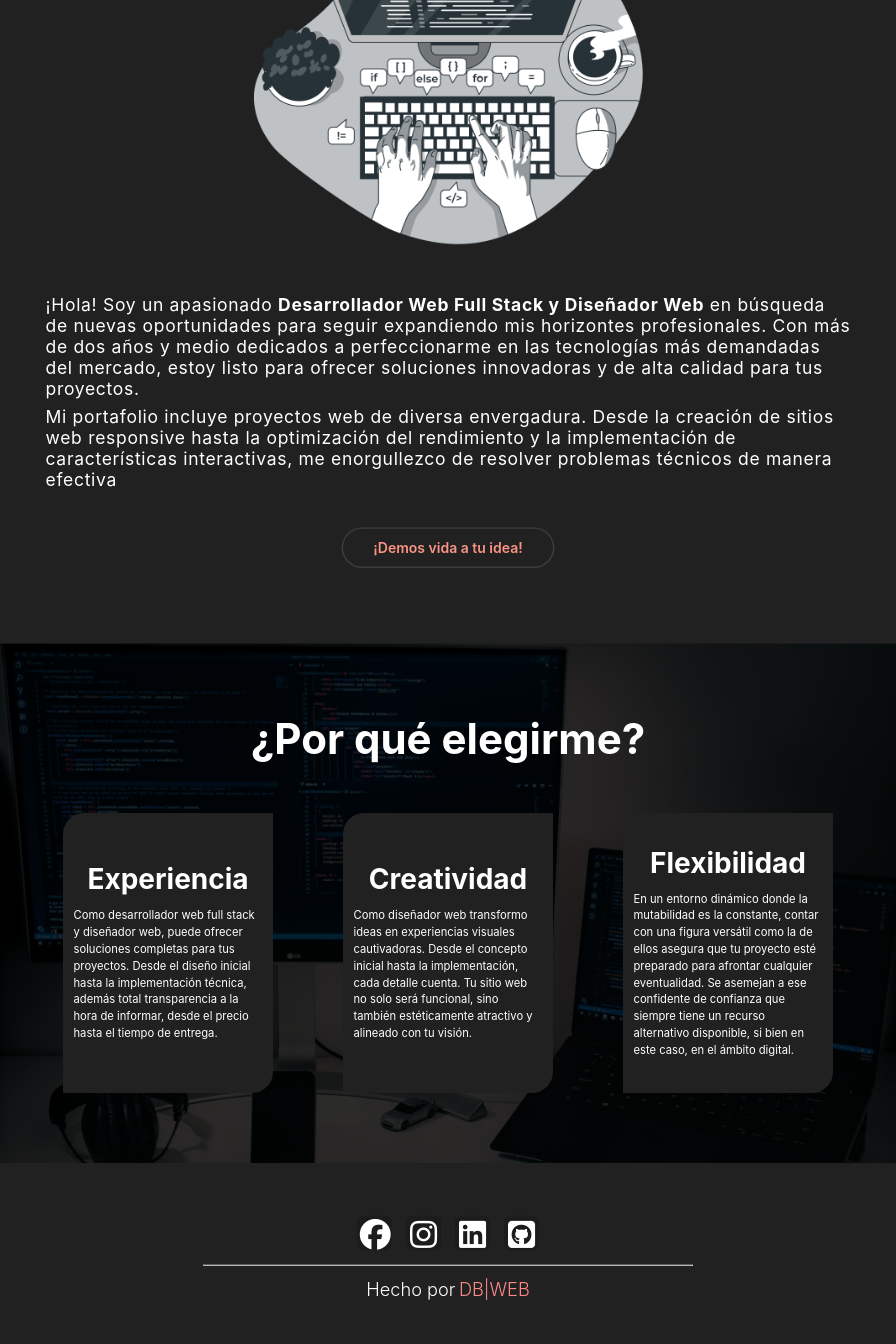
Repository: DamianBermudez94/DB-Porfolio
Page: /
These files come from the project's save history. The page is drawn as it stood at one moment and after a run of saves; the edit follows.
The browser window is 1280 px wide. The pictures show the part of the page from y = 1199 to 3119 px (the page is 3119 px tall before and 3079 px after), at 70% of full size.
Backgrounds fixed to the window are drawn as part of the page. Some web libraries are served in a nearby version. The project was rebuilt for these pictures with package versions that can differ from the ones it lists, and the page was loaded fresh each time. Also part of the build but not shown: vite.config.js, src/components/Servicios/styles.css, src/components/Servicios/Service.jsx, src/pages/Servicios.jsx, src/components/Conocimientos/styles.css, src/components/Conocimientos/Conocimientos.jsx, src/pages/AcerdaDe.jsx, src/components/Contacto/styles.css and 7 more.

Above is the page before, as saved 2024-04-01 21:36:17.

After the next 3 saves:
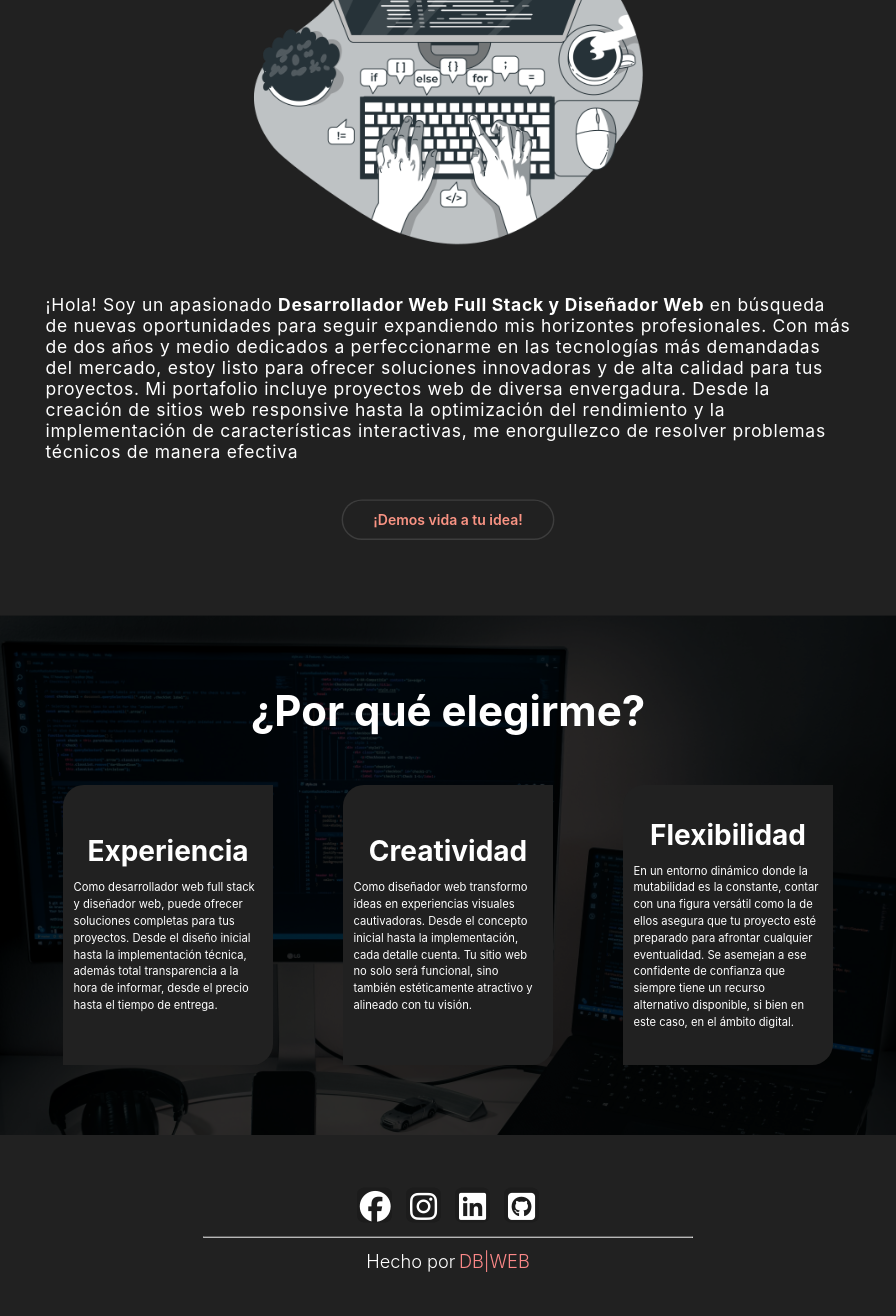
The 3 saves are shown as one change because they came seconds apart.
The last was saved 38 s later.
--- a/src/components/Home/Home.jsx
+++ b/src/components/Home/Home.jsx
@@ -89,14 +89,11 @@ export const Home = () => {
             horizontes profesionales. Con más de dos años y medio dedicados a
             perfeccionarme en las tecnologías más demandadas del mercado, estoy
             listo para ofrecer soluciones innovadoras y de alta calidad para tus
-            proyectos.
-          </p>
-
-          <p>
-            Mi portafolio incluye proyectos web de diversa envergadura. Desde la
-            creación de sitios web responsive hasta la optimización del
-            rendimiento y la implementación de características interactivas, me
-            enorgullezco de resolver problemas técnicos de manera efectiva
+            proyectos. Mi portafolio incluye proyectos web de diversa
+            envergadura. Desde la creación de sitios web responsive hasta la
+            optimización del rendimiento y la implementación de características
+            interactivas, me enorgullezco de resolver problemas técnicos de
+            manera efectiva
           </p>
 
           <NavLink className="enlace-contacto animated-button" to="/contacto">
